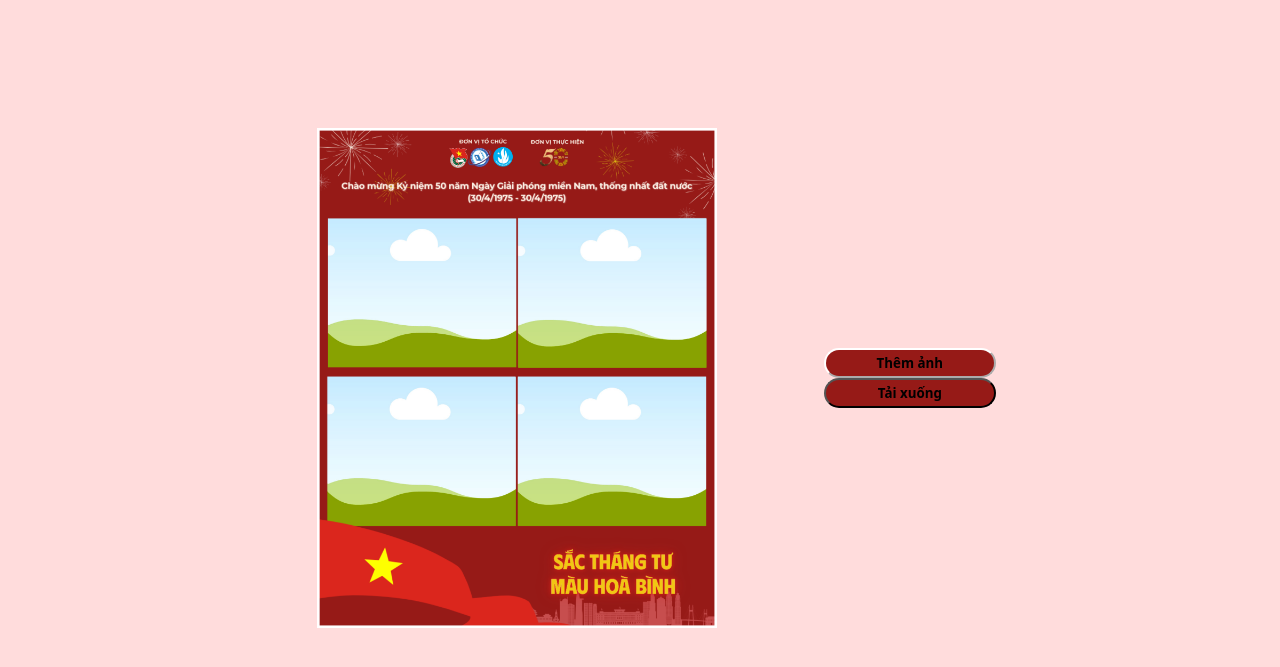
Repository: nguyentambinh/tuoitretdmu
Page: http://localhost/
An editor plug-in stored every save of this project. The page is shown before and after a run of saves, followed by the edit.
The browser window is 1280 px wide. The pictures show the whole page.
The page is run by PHP 8.4 with error messages shown; the project is at /var/www/html/.

Above is the page before, as saved 2025-04-10 12:55:16.

### index.php
<!DOCTYPE html>
<html lang="en">
<head>
    <meta charset="UTF-8">
    <meta name="viewport" content="width=device-width, initial-scale=1.0">
    <link rel="stylesheet" href="main.css">
    <script src="main.js"></script>
    <title></title>
</head>
<body>
    <div class = "container-box">
        <div class="background-box">

        </div>
        <div class="control-box">
            <button class="btn-add-picture">Thêm ảnh</button>
            <button class="btn-dowload-picture">Tải xuống</button>
        </div>
    </div>

</body>
</html>

### main.css
body{
    background-color: #ffdcdc;
    width: 80%;
    margin: 0 auto;
    margin-top: 10%;
    align-items: center;
    display: flex;
    justify-content: center;
}

.background-box{
    display: flex;
    justify-content: center;

    background-position: center;
    background-image: url('./picture/FRAMEPHOTOBOOTH304.png');
    background-size: contain;
    background-repeat: no-repeat;
}
.container-box{
    display: grid;
    display: grid;
    grid-template-columns: 70% 30%;
    gap: 20px;
    width: 80%;
    height: 500px;
}
.control-box{
    display: flex;
    justify-content: center;
    align-content: center;
    flex-direction: column;
    margin:
}
.btn-dowload-picture{
    background-color: #961A17;
    border-radius: 15px;
    font-weight: bold;
    font-family: system-ui, -apple-system, BlinkMacSystemFont, 'Segoe UI', Roboto, Oxygen, Ubuntu, Cantarell, 'Open Sans', 'Helvetica Neue', sans-serif;
    width: 70%;
    height: 30px;
}
.btn-add-picture{
    background-color: #961A17;
    border-radius: 15px;
    font-weight: bold;
    font-family: system-ui, -apple-system, BlinkMacSystemFont, 'Segoe UI', Roboto, Oxygen, Ubuntu, Cantarell, 'Open Sans', 'Helvetica Neue', sans-serif;
    border-color: white;
    width: 70%;
    height: 30px;
}

Loaded but not shown: main.js (no copy from this time; the picture is the same without it)

After the next 4 saves:
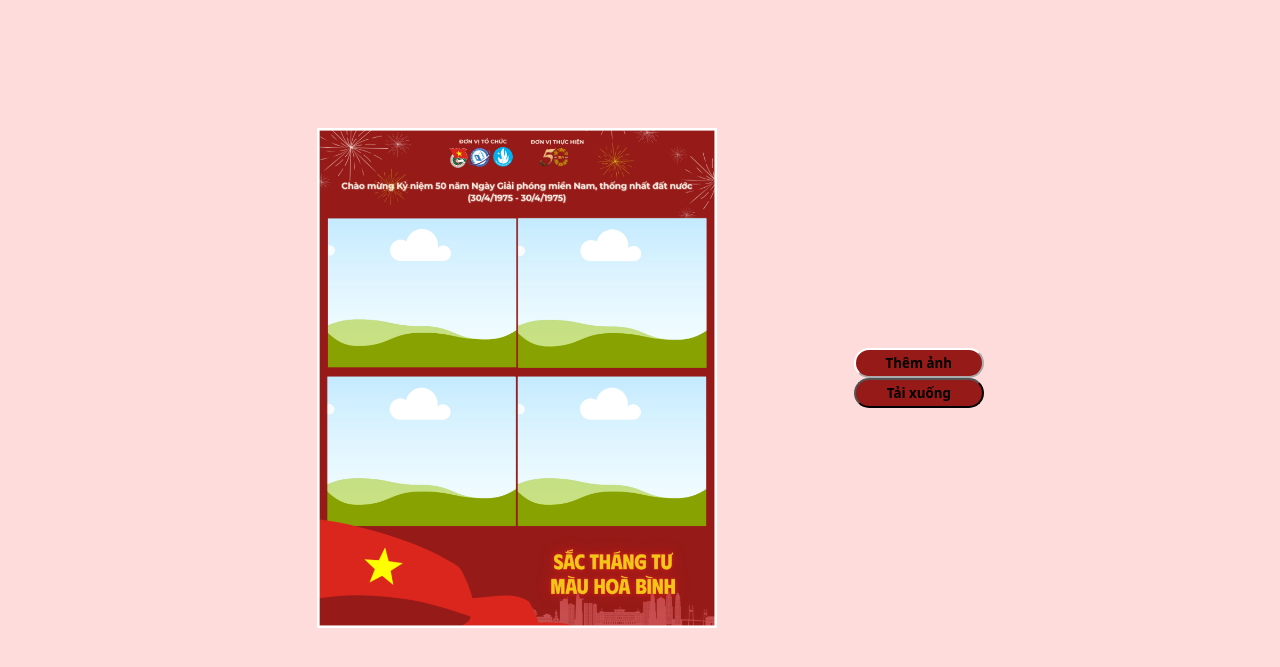
The 4 saves are shown as one change because they came seconds apart.
The last was saved 13 s later.
--- a/main.css
+++ b/main.css
@@ -30,7 +30,7 @@
     justify-content: center;
     align-content: center;
     flex-direction: column;
-    margin:
+    margin: 0 30px;
 }
 .btn-dowload-picture{
     background-color: #961A17;
